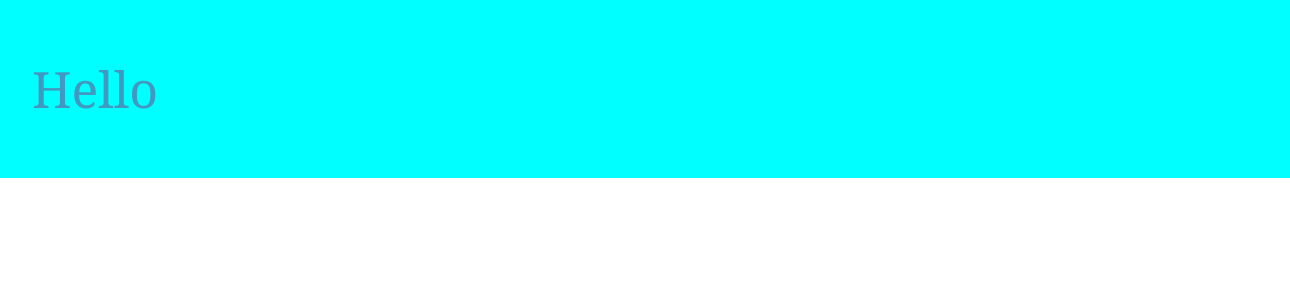
Repository: stephen-anaba/flight-reservation-system-prototype
Page: / (app in frontend/)
An editor plug-in stored every save of this project. The page is shown before and after a run of saves, followed by the edit.
The browser window is 1280 px wide. The page is 1290 px wide, then 1280 px, so the pictures cover 1290 px, including what lies to the right of the window. The pictures show the whole page.
The project was rebuilt for these pictures with package versions that can differ from the ones it lists, and the page was loaded fresh each time.

Above is the page before, as saved 2026-05-08 11:08:56.

After the next 6 saves:
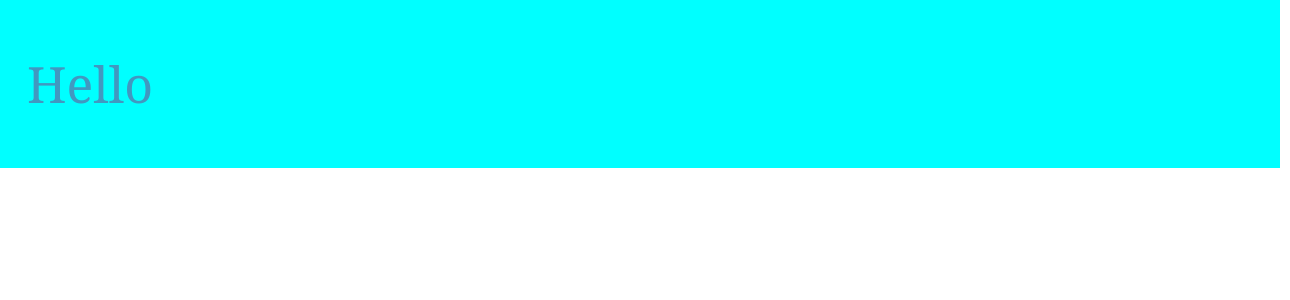
The 6 saves are shown as one change because they came seconds apart.
The last was saved 16 s later.
--- a/frontend/src/components/styles.css
+++ b/frontend/src/components/styles.css
@@ -12,7 +12,7 @@ body {
     top: 0px;
     width: 100%;
     margin: 0px;
-    padding: 5px;
+    padding: 0px;
     background-color: aqua;
     color: rgb(65, 152, 192);
 }
